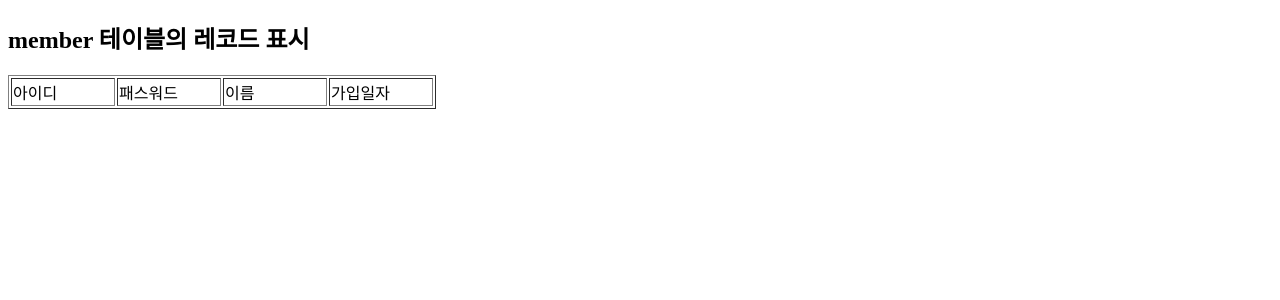
Repository: matodale/StudyJSP
Page: http://localhost/StudyJSP/ch11/selectTest.jsp
These files come from the project's save history. The page is drawn as it stood at one moment and after the next save; the edit follows.
The browser window is 1280 px wide. The pictures show the whole page.
The page is served by Tomcat 9. Other server files are loaded and not shown. The database holds what the project's SQL file puts in it.

Above is the page before, as saved 2022-12-22 11:13:09.

### StudyJSP/src/main/webapp/ch11/selectTest.jsp
<%@ page language="java" contentType="text/html; charset=UTF-8"
    pageEncoding="UTF-8"%>
<%@ page import="java.sql.*"%>
<!DOCTYPE html>
<html>
<head>
<meta charset="UTF-8">
<title>레코드 표시</title>
</head>
<body>
<h2>member 테이블의 레코드 표시</h2>
<table border="1">
	<tr>
		<td width="100">아이디</td>
		<td width="100">패스워드</td>
		<td width="100">이름</td>
		<td width="100">가입일자</td>
	</tr>
	<%
		Connection conn = null;
		PreparedStatement pstmt = null;
		ResultSet rs = null;
		try{
			String jdbcUrl = "jdbc:mysql://localhost:3306/basicjsp";
			String dbId = "jspid";
			String dbPass = "jspppass";

			Class.forName("com.mysql.jdbc.Driver");
			conn = DriverManager.getConnection(jdbcUrl,dbId,dbPass);

			String sql = "select * from member";
			pstmt = conn.prepareStatement(sql);
			rs = pstmt.executeQuery();

			while(rs.next()){
				String id = rs.getString("id");
				String passwd = rs.getString("passwd");
				String name = rs.getString("name");
				Timestamp register = rs.getTimestamp("reg_date");
			}
		}catch(Exception e){
			e.printStackTrace();
		}
	%>
</table>
</body>
</html>

### StudyJSP/mysqlconn.sql (the tables this page reads)
create table member(
	id varchar(50) not null primary key,
	passwd varchar(16) not null,
	name varchar(10) not null,
	reg_date datetime not null
);

insert into member(id, passwd, name, reg_date)
values('kingdora@dragon.com', '1234', '김개동', now());

insert into member(id, passwd, name, reg_date)
values('hongkd@aaa.com', '1111', '홍길동', now());

insert into member(id, passwd, name, reg_date)
values('gozilla@bbbb.com', '1234', '고질라', now());

update member set passwd='4567' where id='hongkd@aaa.com';

After the next save:
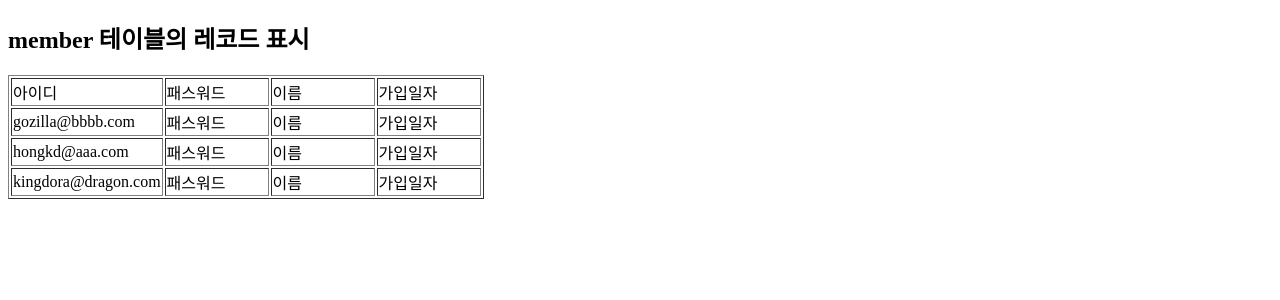
Saved 57 s later.
--- a/StudyJSP/src/main/webapp/ch11/selectTest.jsp
+++ b/StudyJSP/src/main/webapp/ch11/selectTest.jsp
@@ -37,6 +37,14 @@
 				String passwd = rs.getString("passwd");
 				String name = rs.getString("name");
 				Timestamp register = rs.getTimestamp("reg_date");
+	%>
+	<tr>
+		<td width="100"><%=id %></td>
+		<td width="100">패스워드</td>
+		<td width="100">이름</td>
+		<td width="100">가입일자</td>
+	</tr>
+	<%
 			}
 		}catch(Exception e){
 			e.printStackTrace();
